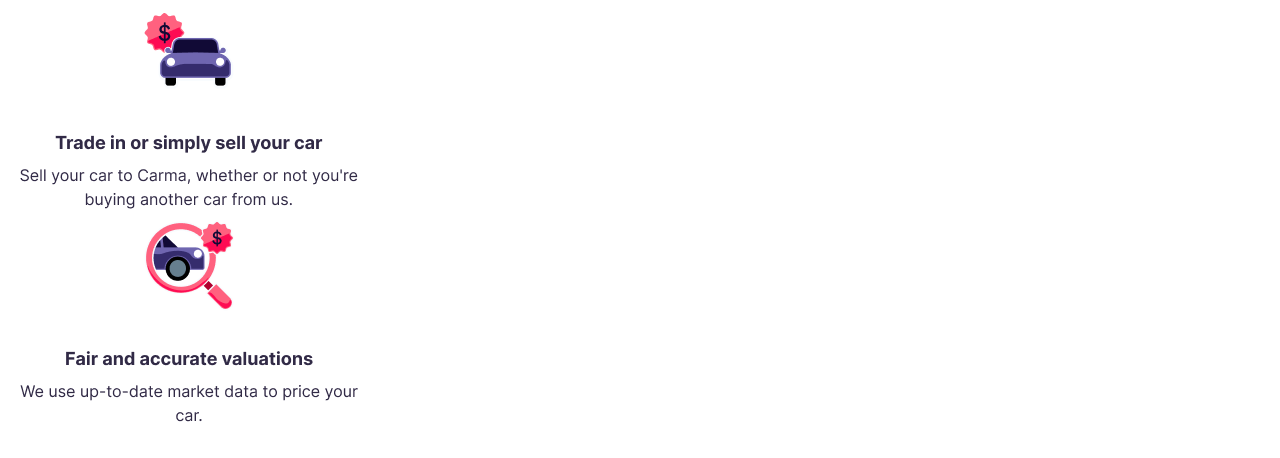
Repository: KHANas02/project
Page: index.html
An editor plug-in stored every save of this project. The page is shown before and after a run of saves, followed by the edit.
The browser window is 1280 px wide. The pictures show the part of the page from y = 508 to 1164 px (the page is 966 px tall before and 1164 px after).

Above is the page before, as saved 2024-03-30 23:01:20.

After the next 2 saves:
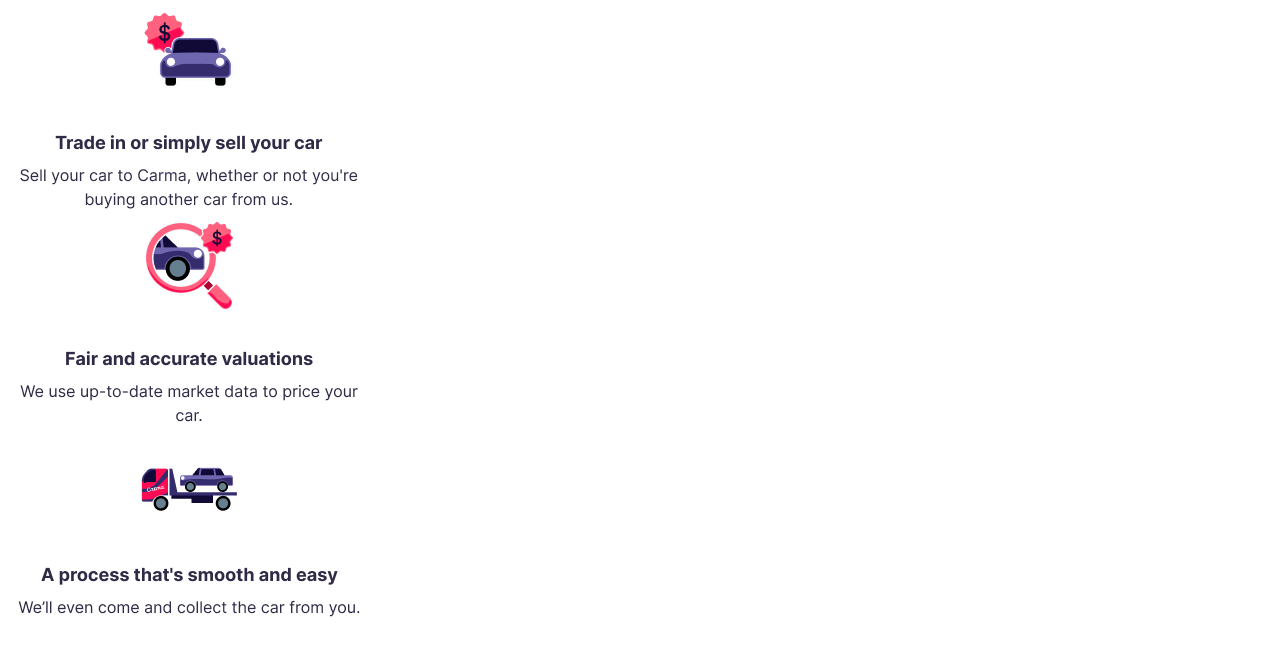
The 2 saves are shown as one change because they came seconds apart.
The last was saved 80 s later.
--- a/index.html
+++ b/index.html
@@ -30,7 +30,7 @@
 
 </div>
 <div class="seciton2img3">
-<img src="" alt="">
+<img src="div (3).png" alt="">
 </div>
 
 </div>
